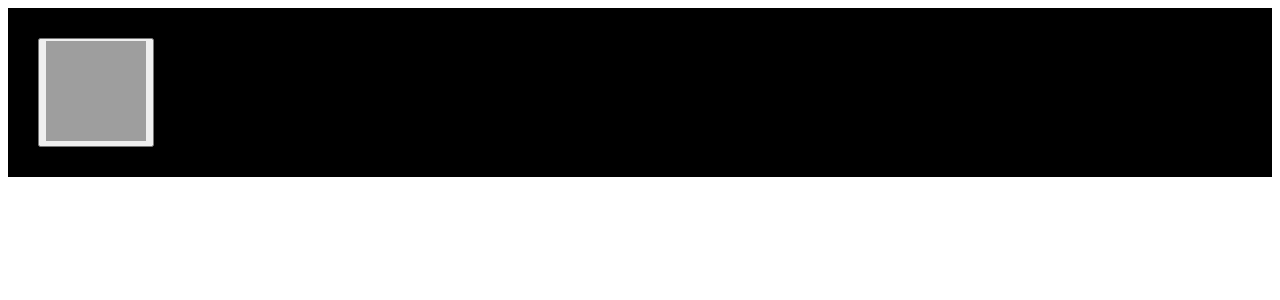
Repository: Gramastha/backup
Page: javascript/JavaScript-Assignment/Q10.html
These files come from the project's save history. The page is drawn as it stood at one moment and after the next save; the edit follows.
The browser window is 1280 px wide. The pictures show the whole page.
Pictures or frames that could not be fetched are drawn as grey boxes.

Above is the page before, as saved 2017-01-06 10:23:15.

After the next save:
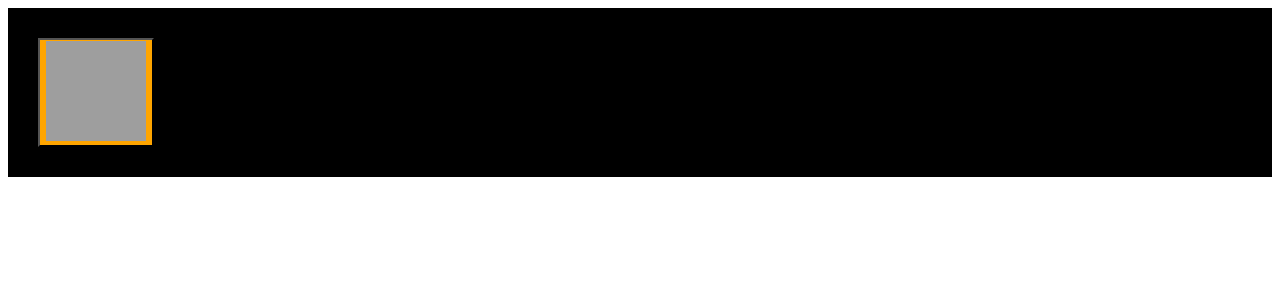
Saved 23 s later.
--- a/javascript/JavaScript-Assignment/Q10.html
+++ b/javascript/JavaScript-Assignment/Q10.html
@@ -30,7 +30,7 @@
 </head>
 <body>
 	<div style="padding:30px; background-color: black" id="outer">
-	<Button id="inner">
+	<Button id="inner" style="background-color: orange">
 		<img src='SomeImage.jpg' style="width: 100px; height: 100px;" id="clickimg"></img>
 	</Button>
 </div>
